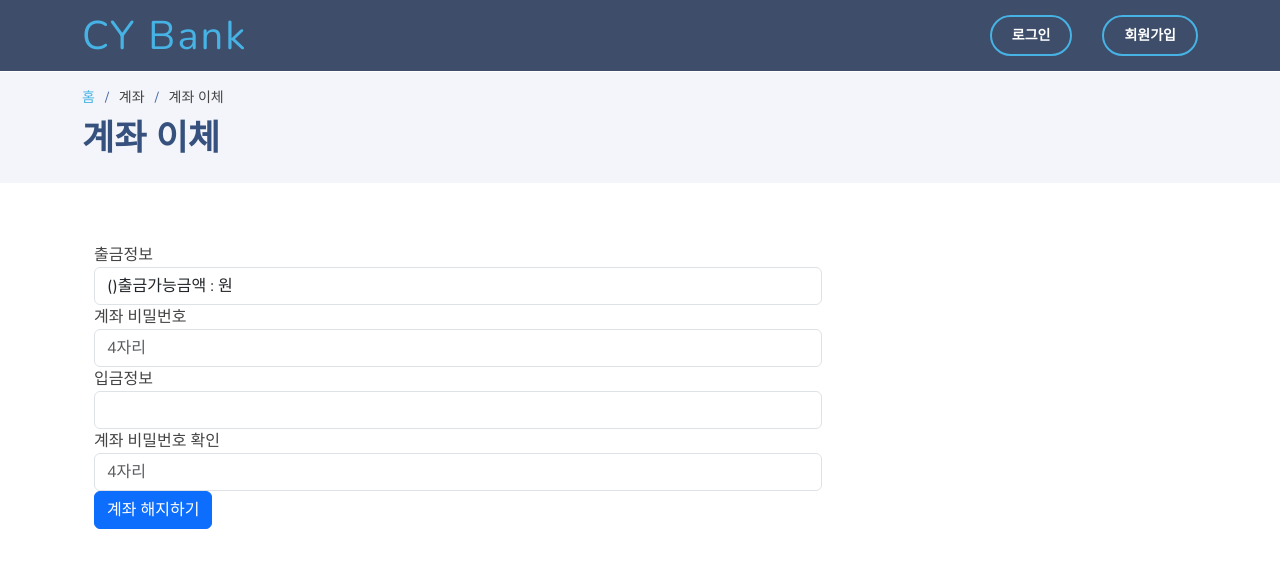
Repository: scy0814/Spring
Page: http://localhost/CYBank/jsp/transfer/AccountTransfer.jsp
These files come from the project's save history. The page is drawn as it stood at one moment and after the next save; the edit follows.
The browser window is 1280 px wide. The pictures show the whole page.
The page is served by Tomcat 9. The template is opened directly, without the code that normally fills it, so the values that code supplies are empty.

Above is the page before, as saved 2023-06-28 11:02:54.

After the next save:
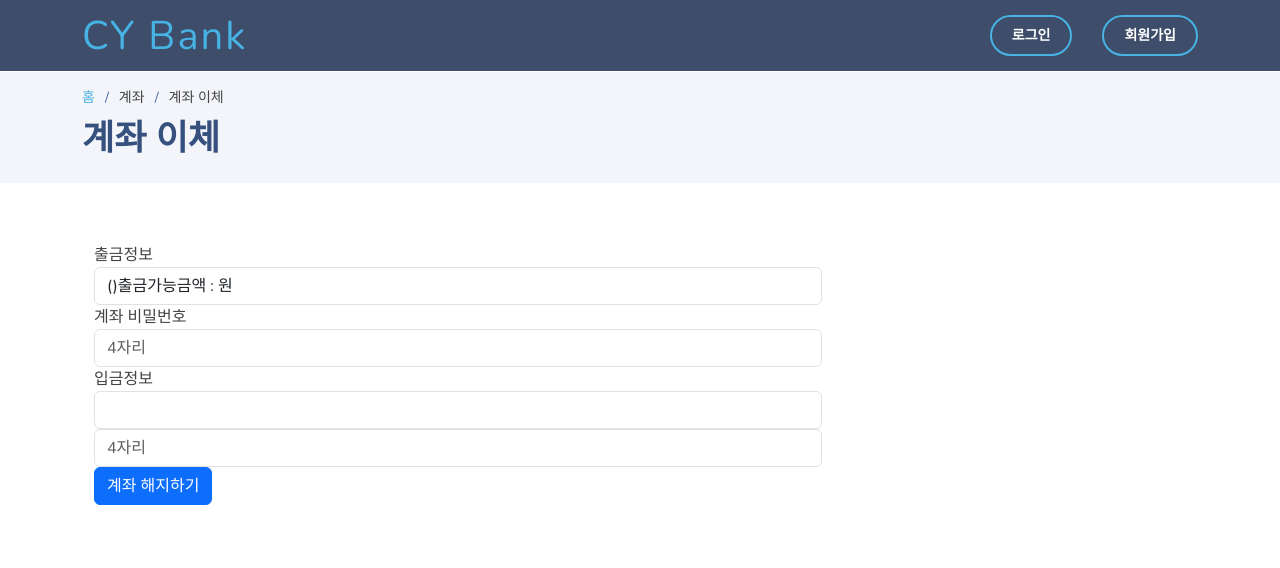
Saved 13 s later.
--- a/CYBank/src/main/webapp/jsp/transfer/AccountTransfer.jsp
+++ b/CYBank/src/main/webapp/jsp/transfer/AccountTransfer.jsp
@@ -42,7 +42,6 @@
 							<div class="form-group">
 								<label for="accountType">입금정보</label> <select name="closeAccount"
 									class="form-control">
-								</select>
 							</div>
 							<div class="form-group">
 								<label for="accountPW2">계좌 비밀번호 확인</label> <input

After the save that followed:
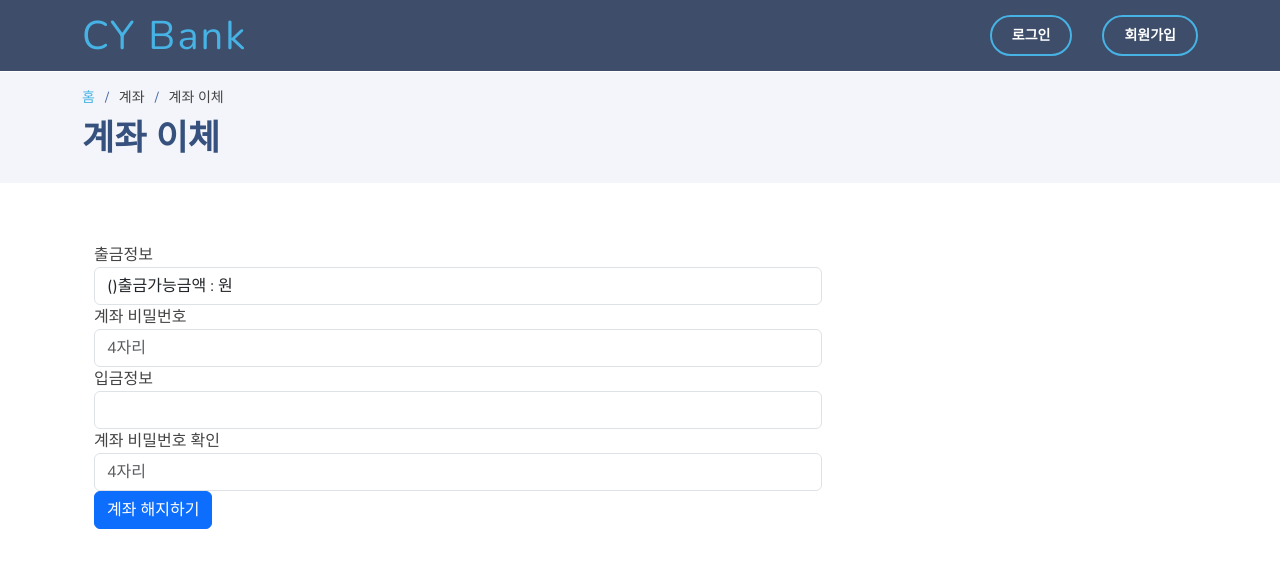
Saved 25 s later.
--- a/CYBank/src/main/webapp/jsp/transfer/AccountTransfer.jsp
+++ b/CYBank/src/main/webapp/jsp/transfer/AccountTransfer.jsp
@@ -40,7 +40,7 @@
 									required class="form-control">
 							</div>
 							<div class="form-group">
-								<label for="accountType">입금정보</label> <select name="closeAccount"
+								<label for="accountType">입금정보</label> <input type="text" name="closeAccount"
 									class="form-control">
 							</div>
 							<div class="form-group">
